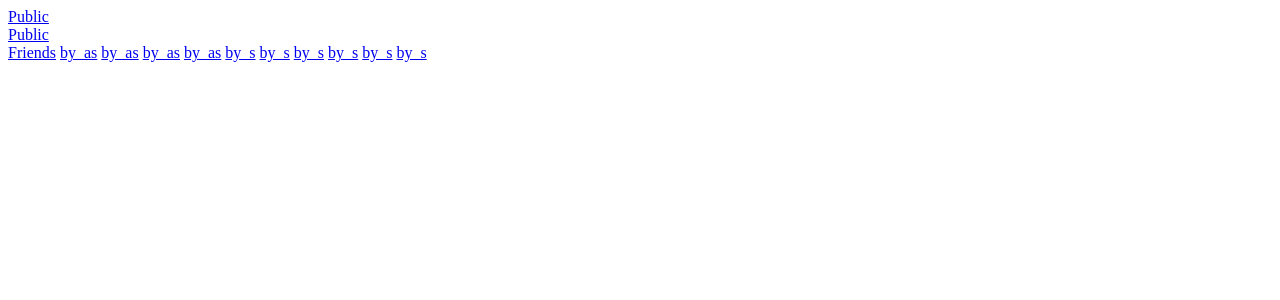
Repository: KHANas02/live-stream
Page: blog.html
These files come from the project's save history. The page is drawn as it stood at one moment and after a run of saves; the edit follows.
The browser window is 1280 px wide. The pictures show the whole page.

Above is the page before, as saved 2024-03-25 08:18:08.

After the next 5 saves:
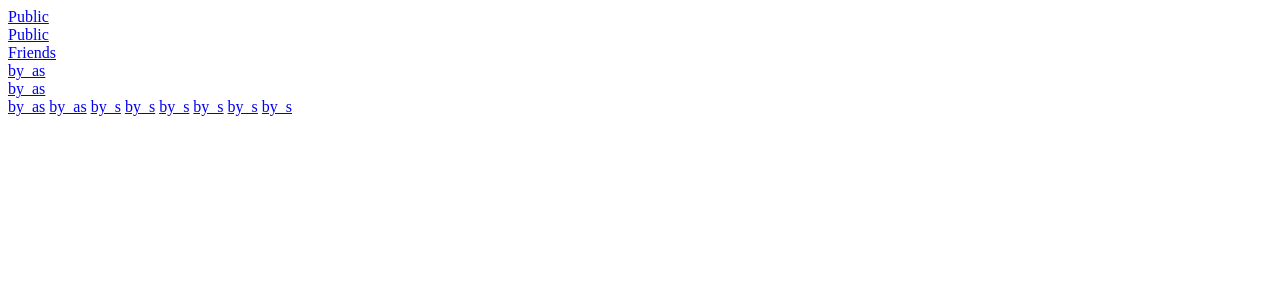
The 5 saves are shown as one change because they came seconds apart.
The last was saved 15 s later.
--- a/blog.html
+++ b/blog.html
@@ -8,9 +8,9 @@
   <body>
     <a target="_blank" href="https://t.me/maso_kartinochki">Public</a><br>
 <a target="_blank"  href="https://t.me/englify_asp">Public</a><br>
-<a target="_blank"  href="https://t.me/english_free_class">Friends</a>
-<a target="_blank"  href="https://t.me/asa_blog">by_as</a>
-<a target="_blank"  href="https://t.me/Cambridge_asa">by_as</a>
+<a target="_blank"  href="https://t.me/english_free_class">Friends</a><br>
+<a target="_blank"  href="https://t.me/asa_blog">by_as</a><br>
+<a target="_blank"  href="https://t.me/Cambridge_asa">by_as</a><br>
 <a target="_blank"  href="https://t.me/workbookjavoblari_9sinf">by_as</a>
 <a target="_blank"  href="https://t.me/workbook_javoblari_6sinf">by_as</a>
 <a target="_blank" href="https://t.me/atmosphere_of_english">by_s</a>
